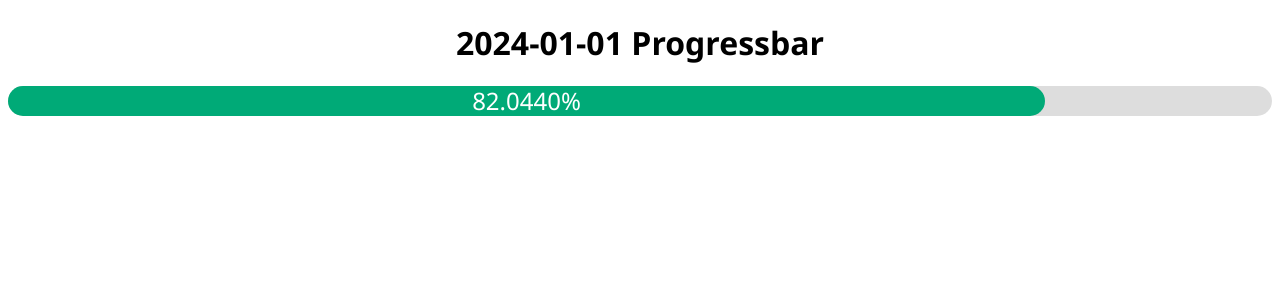
Repository: end888160/end888160.github.io
Page: progress_today.html
An editor plug-in stored every save of this project. The page is shown before and after the next save, followed by the edit.
The browser window is 1280 px wide. The pictures show the whole page.

Above is the page before, as saved 2024-09-22 00:12:55.

### progress_today.html
<!DOCTYPE html>
<html>
<style>
	html {
		font-family: 'Segoe UI', Tahoma, Geneva, Verdana, sans-serif;
	}
#countDownProgress {
  width: 100%;
  background-color: #ddd;
  border-radius: 1cm;
}

#countDownBar {
  width: 10%;
  height: 30px;
  background-color: #0a7;
  text-align: center;
  line-height: 30px;
  color: white;
  border-radius:1cm;
  font-size: x-large;
}
</style>
<body>

<h1 id="caption" style="text-align: center;"></h1>

<div id="countDownProgress">
  <div id="countDownBar"></div>
</div>

<br>

<script>
	var i=0
function progress() {
	var countDownTarget = new Date().getFullYear() + 1;
  if (i == 0) {
    i = 1;
    var elem = document.getElementById("countDownBar");
    var width = 0;
    function frame() {
      document.getElementById("caption").innerHTML = new Date().getFullYear() + "-" + ((new Date().getMonth()+1) < 10 ? "0" + (new Date().getMonth()+1) : (new Date().getMonth()+1)) + "-" + (new Date().getDate() < 10 ? "0" + new Date().getDate() : new Date().getDate()) + " Progressbar";
      if (((new Date().getTime() - new Date("Jan 1, " + ( countDownTarget - 1) + " 00:00:00")) / ( new Date("Jan 1, " + countDownTarget + " 00:00:00").getTime() - new Date("Jan 1, " + ( countDownTarget - 1) + " 00:00:00")) * 100).toFixed(8) >= 100) {
        clearInterval(id);
        i = 0;
      } else {
        elem.style.width = ((new Date().getHours() * 3600000 + new Date().getMinutes() * 60000 + new Date().getSeconds() * 1000 + new Date().getMilliseconds()) / 864000).toFixed(4) + "%";
        elem.innerHTML = ((new Date().getHours() * 3600000 + new Date().getMinutes() * 60000 + new Date().getSeconds() * 1000 + new Date().getMilliseconds()) / 864000).toFixed(4)  + "%";
      }
    }

	setInterval(frame, 50);
  }

}
function count() {
	progress();
	setTimeout(count, 1)
}

count()
</script>

</body>
</html>

After the next save:
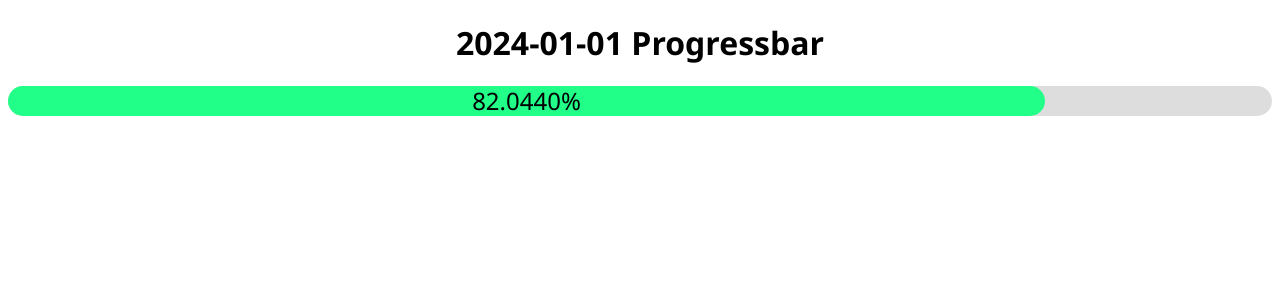
Saved 81 s later.
--- a/progress_today.html
+++ b/progress_today.html
@@ -13,10 +13,10 @@
 #countDownBar {
   width: 10%;
   height: 30px;
-  background-color: #0a7;
+  background-color: #2f8;
   text-align: center;
   line-height: 30px;
-  color: white;
+  color: 111;
   border-radius:1cm;
   font-size: x-large;
 }
